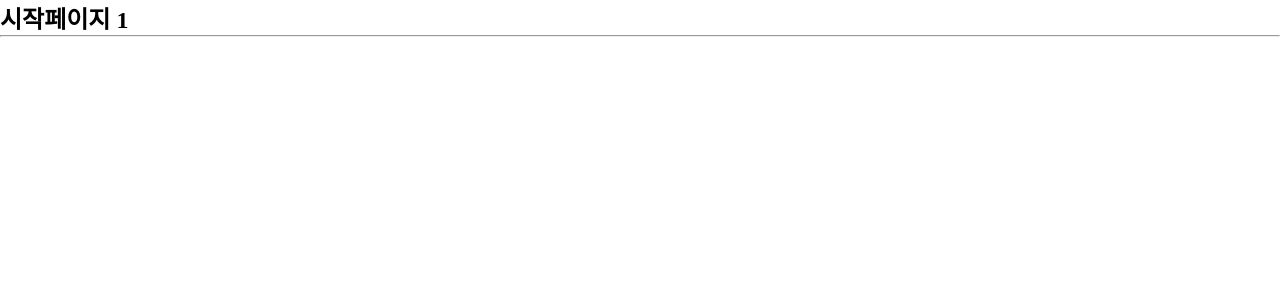
Repository: hyunh84/jsp_study
Page: http://localhost/Day03/j07_send02.jsp
An editor plug-in stored every save of this project. The page is shown before and after the next save, followed by the edit.
The browser window is 1280 px wide. The pictures show the whole page.
The page is served by Tomcat 9. Other server files are loaded and not shown.

Above is the page before, as saved 2015-09-12 02:35:02.

### MyWorks/Day03/WebContent/j07_send02.jsp
<%@ page language="java" contentType="text/html; charset=utf-8"
    pageEncoding="utf-8"%>
<!DOCTYPE html>
<html>
<head>
<meta charset="utf-8">
<title>Insert title here</title>

<style type="text/css">
	* {margin:0; padding:0;}
	table {border-collapse:collapse; }
	table th {padding:5px; border:1px solid #777;}
	table td {padding:5px; border:1px solid #777;}
</style>
<script type="text/javascript" src="/Day03/js/jquery-1.11.3.min.js"></script>

</head>
<body>

	<h2>시작페이지 1</h2>
	<hr>

	<%--

	 --%>

	 <%

	 %>


</body>
</html>

Loaded but not shown: MyWorks/Day03/WebContent/js/jquery-1.11.3.min.js (library)

After the next save:
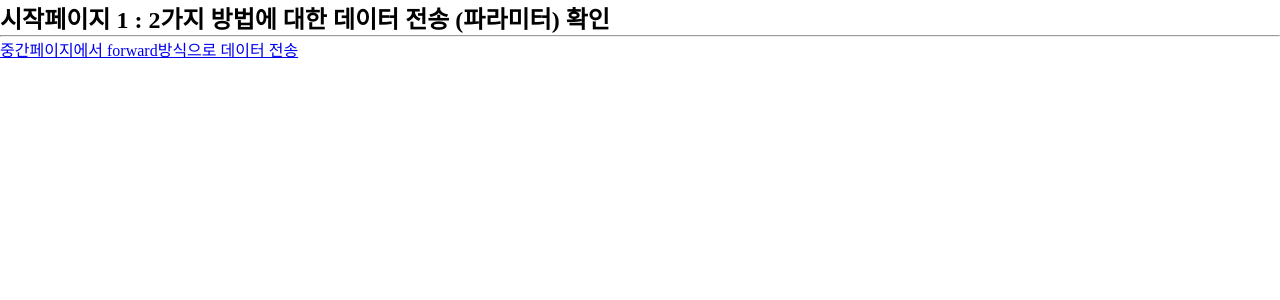
Saved 103 s later.
--- a/MyWorks/Day03/WebContent/j07_send02.jsp
+++ b/MyWorks/Day03/WebContent/j07_send02.jsp
@@ -17,7 +17,7 @@
 </head>
 <body>
 
-	<h2>시작페이지 1</h2>
+	<h2>시작페이지 1 : 2가지 방법에 대한 데이터 전송 (파라미터) 확인</h2>
 	<hr>
 
 	<%--
@@ -27,7 +27,7 @@
 	 <%
 
 	 %>
-
+	 <a href="#">중간페이지에서 forward방식으로 데이터 전송</a>
 
 </body>
 </html>
